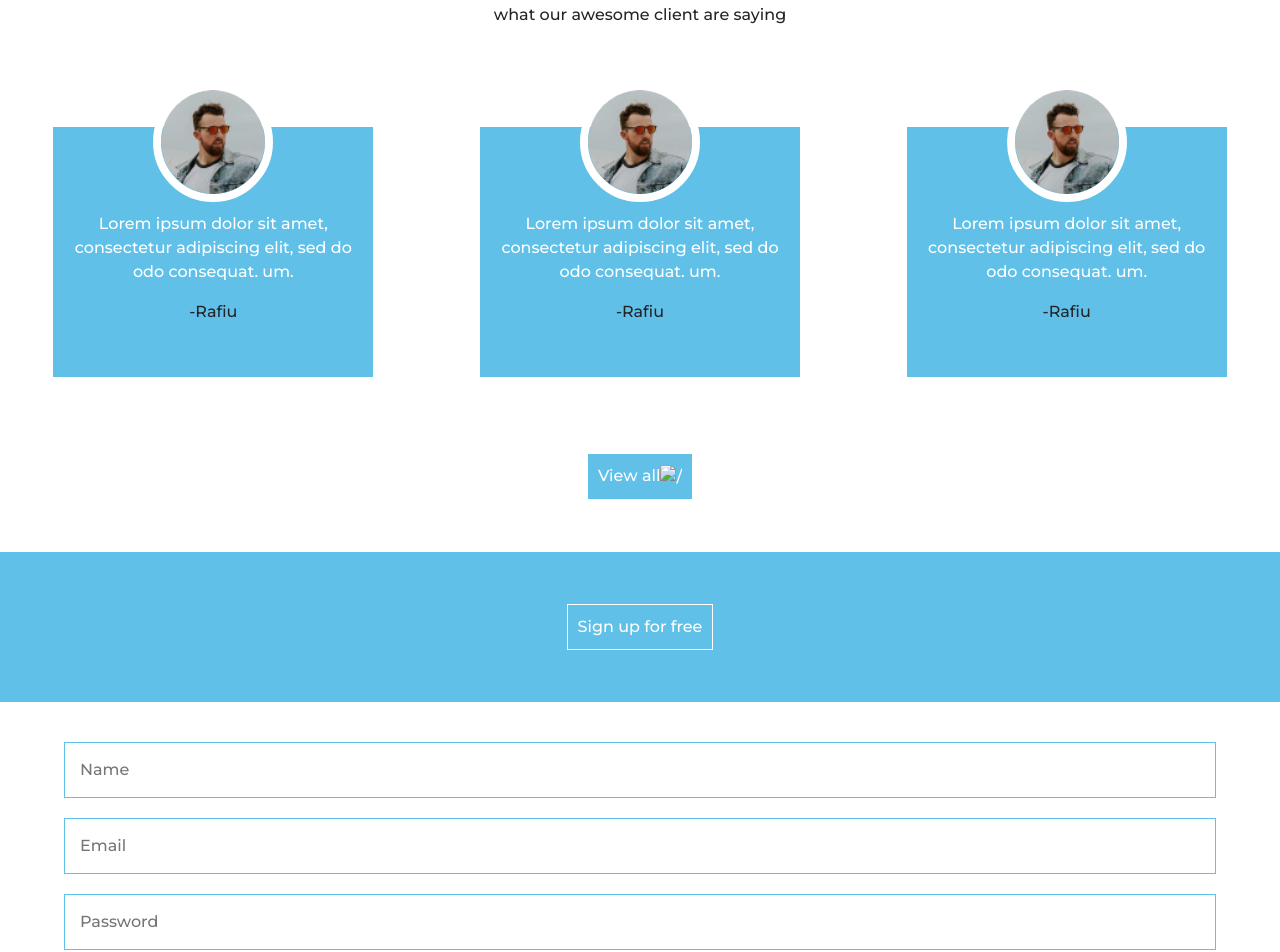
Repository: TiaraOluwanimi/team5
Page: tutor.html
These files come from the project's save history. The page is drawn as it stood at one moment and after the next save; the edit follows.
The browser window is 1280 px wide. The pictures show the part of the page from y = 1936 to 2888 px (the page is 3256 px tall).
A picture or video elsewhere on the page could not be fetched, so the positions and the page height are approximate. Some web libraries are served in a nearby version.

Above is the page before, as saved 2020-08-08 12:07:31.

### tutor.html
<!DOCTYPE html>
<html lang="zxx">
  <head>
    <meta charset="UTF-8" />
    <meta name="viewport" content="width=device-width, initial-scale=1.0" />
    <title>Online Tutoring</title>
    <!-- Custom Css -->
    <link rel="stylesheet" href="./assets/css/header-footer.css" />
    <link rel="stylesheet" href="./assets/css/tutor.css" />
    <link rel="stylesheet" href="./assets/css/testimonial.css" />
    <!-- Favicon -->

    <!---------------------- CDNs----------------- -->
    <!-- Bootstrap CSS CDN -->
    <link
      rel="stylesheet"
      href="https://maxcdn.bootstrapcdn.com/bootstrap/4.0.0/css/bootstrap.min.css"
      integrity="sha384-Gn5384xqQ1aoWXA+058RXPxPg6fy4IWvTNh0E263XmFcJlSAwiGgFAW/dAiS6JXm"
      crossorigin="anonymous"
    />
    <!-- fontawesome CDN -->
    <!-- Google Font -->
    <link href="https://fonts.googleapis.com/css2?family=Montserrat:wght@500;600&display=swap" rel="stylesheet">
    <!-- Font Awesome -->
    <script src="https://kit.fontawesome.com/0f19ba4771.js" crossorigin="anonymous"></script>

</head>

<body>
    <!-- Welcome to this online tutoring website. 😊 -->
    <!--  Header  -->
    <nav class="nav1">
      <a href="#"><img src="./assets/img/logo.png" alt="" /></a>
      <div class="nav1div1">
        <img
          class="searchicon"
          onclick="displaySearchBar()"
          src="./assets/img/search.png"
          alt=""
        />
        <button class="nav1butt1">Log in</button>
        <button class="nav1butt2">Join for free</button>
      </div>
      <div class="nav1div2 display">
        <input
          class="searchbar"
          type="text"
          placeholder="Enter Text here"

        />
      </div>
    </nav>

    <!-- Landing Page -->
    <div class="div1">
        <img class="div1img1" src="./assets/img/hero-img.png" alt="">
        <div class="div1div1">
            <i class="fas fa-play-circle fa-2x div1img2"></i>
            &nbsp;&nbsp;&nbsp;
            <h3 class="div1hh1">TAKE A TOUR</h3>
        </div>
    </div>

    <div class="div2">
        <h1 class="div2hh1">
            LEARN ALL YOU WANT, AT YOUR OWN
            <span class="div2hh2">PACE.</span>
        </h1>
        <h4 class="div2hh3">
            Lorem ipsum dolor sit amet, consectetur
            adipiscing elit, sed do eiusmod tempor
            incididunt ut labore et dolore magna
            aliqua. Ut enim ad minim veniam, quis
            nostrud exercitation ullamco laboris nisi
            ut aliquip ex ea commodo consequat.
        </h4>
        <div class="div2div1">
            <button class="div2butt1">Get Started</button>
        </div>
    </div>
    <!-- join us section -->
    <section id="join-us" class="py-5" style="position: relative;">
        <div style="position: absolute; right: 0px; top:-10px;">
          <img src="./assets/img/Ellipse13.png" alt="" class="img-fluid" >
        </div>
        <div class="container">
          <div class="row">
            <div class="col-12 mx-auto text-center">
              <h4 class="mx-auto sec-head">
                <span><strong>Join Us</strong></span>
              </h4>
              <p>
                Join us for free classes taught by experts. And explore hundreds
                of free online classes.
              </p>
            </div>
            <div class="row py-3">
                <div class="col-md-4 text-center my-3">
                  <div class="box-shadow py-3">
                    <img
                      src="./assets/img/course.png"
                      alt=""
                      class="join-img img-fluid rounded-circle w-50"
                    />
                    <h4 class="my-5"><strong>Choose a Course</strong></h4>
                  </div>
                </div>
                <div class="col-md-4 text-center my-3">
                  <div class="box-shadow py-3">
                    <img
                      src="./assets/img/skillset.png"
                      alt=""
                      class="join-img img-fluid rounded-circle w-50"
                    />
                    <h4 class="my-5"><strong>Grow your skillset</strong></h4>
                  </div>
                </div>
                <div class="col-md-4 text-center my-3">
                  <div class="box-shadow py-3">
                    <img
                      src="./assets/img/mentorship.png"
                      alt=""
                      class="join-img img-fluid rounded-circle w-50"
                    />
                    <h4 class="my-5"><strong>Meet a mentor</strong></h4>
                  </div>
                </div>
                <button
                  class="btn btn-lg btn-outline-primary py-3 px-5 rounded-0 mx-auto"
                >
                  View All
                </button>
              </div>
            </div>
        </div>
          </section>

    <!-- service section -->
    <section id="services" class="py-5" style="position: relative;">
      <div style="position: absolute; left: 0px; top: -30px;">
        <img src="./assets/img/Ellipse10.png" alt="" />
      </div>
      <div
        style="position: absolute; right: 0px; top: 30%; transform: scale(-1);"
      >
        <img src="./assets/img/Ellipse10.png" alt="" />
      </div>
      <div class="container">
        <div class="row">
          <div class="col-12 mx-auto text-center">
            <h4 class="mx-auto sec-head">
              <span><strong>Services</strong></span>
            </h4>
            <p>
              Helping over 5,000 students reach their ultimate goals with our
              special packages.
            </p>
          </div>
        </div>
        <div class="row p-3">
          <div class="col-md-4 text-center py-3">
            <h4><strong>Get help, FAST</strong></h4>
            <img
              src="./assets/img/hourglass1.png"
              alt=""
              class="img-fluid w-25 my-3"
            />
            <p class="my-3" style="font-size: 14px;">
              Lorem ipsum dolor sit amet, consectetur adipiscing elit, sed do
              eiusmod tempor incididunt ut labore et dolore magna aliqua. Ut
              enim ad minim veniam, quis nostrud exercitation ullamco laboris
              nisi ut aliquip ex ea commodo consequat. um.
            </p>
            <h6 class="border py-3 px-1 mx-3 border-primary">
              Learn More <i></i>
            </h6>
          </div>
          <div class="col-md-4 text-center py-3">
            <h4><strong>Personalised tutoring</strong></h4>
            <img
              src="./assets/img/teacher1.png"
              alt=""
              class="img-fluid w-25 my-3"
            />
            <p class="my-3" style="font-size: 14px;">
              Lorem ipsum dolor sit amet, consectetur adipiscing elit, sed do
              eiusmod tempor incididunt ut labore et dolore magna aliqua. Ut
              enim ad minim veniam, quis nostrud exercitation ullamco laboris
              nisi ut aliquip ex ea commodo consequat. um.
            </p>
            <h6 class="border py-3 px-1 mx-3 border-primary">
              Learn More <i></i>
            </h6>
          </div>
          <div class="col-md-4 text-center py-3">
            <h4><strong>80+ Courses</strong></h4>
            <img
              src="./assets/img/test1.png"
              alt=""
              class="img-fluid w-25 my-3"
            />
            <p class="my-3" style="font-size: 14px;">
              Lorem ipsum dolor sit amet, consectetur adipiscing elit, sed do
              eiusmod tempor incididunt ut labore et dolore magna aliqua. Ut
              enim ad minim veniam, quis nostrud exercitation ullamco laboris
              nisi ut aliquip ex ea commodo consequat. um.
            </p>
            <h6 class="border py-3 px-1 mx-3 mx-lg-1 border-primary">
              Learn More <i></i>
            </h6>
          </div>
        </div>
      </div>
    </section>
    <!-- Testimonial section -->
    <section>
      <div>
        <div class="testimonial-heading">
          <div>
            <h4 class="mx-auto sec-head">
              <span><strong>Testimonials</strong></span>
            </h4>
          </div>
          <p>what our awesome client are saying</p>
        </div>
        <div  id="testimonial-details">
          <div class="testimonial-card col-3">
            <img src="./assets/img/Ellipse7.png" alt="">
            <div class="testimonial-statement">
              <p>Lorem ipsum dolor sit amet, consectetur adipiscing elit, sed do odo consequat. um.</p>
            </div>
            <p>-Rafiu</p>
          </div>
          <div class="testimonial-card col-3">
            <img src="./assets/img/Ellipse7.png" alt="">
            <div class="testimonial-statement">
              <p>Lorem ipsum dolor sit amet, consectetur adipiscing elit, sed do odo consequat. um.</p>
            </div>
            <p>-Rafiu</p>
          </div>
          <div class="testimonial-card col-3">
            <img src="./assets/img/Ellipse7.png" alt="">
            <div class="testimonial-statement">
              <p>Lorem ipsum dolor sit amet, consectetur adipiscing elit, sed do odo consequat. um.</p>
            </div>
            <p>-Rafiu</p>
          </div>

        </div>
        <div id="view-all-button">

          <button>View all<img src="" alt=/></button>
        </div>

        <div id="sign-button">

          <button>Sign up for free</button>
        </div>
        <div class="testimonial-container">
          <form >
            <input type="text" placeholder="Name">
            <input type="email" placeholder="Email">
            <input type="password" placeholder="Password">
            <button>Get Started</button>
          </form>
        </div>
      </div>
    </section>
    <!--  Footer  -->
    <footer class="footer1">
      <div class="footer1div1">
        <img class="footer1img1" src="./assets/img/logo.png" alt="" />
        <h5 class="footer1hh1">Learn</h5>
      </div>

      <div class="footer1div2">
        <div class="footer1div3">
          <h4 class="footer1hh2">Learn</h4>
          <a href="" class="footer1link1"
            ><h5 class="footer1hh3">courses</h5></a
          >
          <a href="" class="footer1link1"
            ><h5 class="footer1hh3">Early Access courses</h5></a
          >
          <a href="" class="footer1link1"
            ><h5 class="footer1hh3">Edpresso</h5></a
          >
          <a href="" class="footer1link1"
            ><h5 class="footer1hh3">Subscriptions</h5></a
          >
        </div>
        <div class="footer1div4">
          <h4 class="footer1hh2">Scholarship</h4>
          <a href="" class="footer1link1"
            ><h5 class="footer1hh3">for students</h5></a
          >
          <a href="" class="footer1link1"
            ><h5 class="footer1hh3">for educators</h5></a
          >
          <a href="" class="footer1link1"
            ><h5 class="footer1hh3">COVID scholarship</h5></a
          >
        </div>
        <div class="footer1div5">
          <h4 class="footer1hh2">Conribute</h4>
          <a href="" class="footer1link1"
            ><h5 class="footer1hh3">Become an author</h5></a
          >
          <a href="" class="footer1link1"
            ><h5 class="footer1hh3">published author</h5></a
          >
          <a href="" class="footer1link1"
            ><h5 class="footer1hh3">Become an affiliate</h5></a
          >
        </div>
      </div>

      <div class="footer1div6">
        <h4 class="footer1hh2 redd">Socials</h4>
        <a href="#"><img src="./assets/img/whatsapp.png" alt="" /></a>
        <a href="#"><img src="./assets/img/instagram.png" alt="" /></a>
      </div>

      <h4 class="footer1hh4">
        copyright 2020 Learn, inc. All rights reserved
      </h4>
    </footer>

    <!---------------------- CDNs----------------- -->
    <!-- jQuery CDN -->
    <script
      src="https://code.jquery.com/jquery-3.2.1.slim.min.js"
      integrity="sha384-KJ3o2DKtIkvYIK3UENzmM7KCkRr/rE9/Qpg6aAZGJwFDMVNA/GpGFF93hXpG5KkN"
      crossorigin="anonymous"
    ></script>
    <!-- ajax CDN -->
    <script
      src="https://cdnjs.cloudflare.com/ajax/libs/popper.js/1.12.9/umd/popper.min.js"
      integrity="sha384-ApNbgh9B+Y1QKtv3Rn7W3mgPxhU9K/ScQsAP7hUibX39j7fakFPskvXusvfa0b4Q"
      crossorigin="anonymous"
    ></script>
    <!-- BootstrapJS CDN -->
    <script
      src="https://maxcdn.bootstrapcdn.com/bootstrap/4.0.0/js/bootstrap.min.js"
      integrity="sha384-JZR6Spejh4U02d8jOt6vLEHfe/JQGiRRSQQxSfFWpi1MquVdAyjUar5+76PVCmYl"
      crossorigin="anonymous"
    ></script>
    <!-- Custom Javascript Links -->
    <script src="./assets/js/tutor.js"></script>
  </body>
</html>

### assets/css/header-footer.css

/*  Header Navbar */
body{
  margin: 0;
}
.nav1{
   margin: 10px;
}
.nav1div1{
    display: inline;
    float: right;
}
.nav1butt1{
    color: #212121;
    border-color: #212121;
    border-width: 1px;
    background-color: #FFFFFF;
    padding: 7px 7px;
    font-family: 'Montserrat', sans-serif;
    font-weight: 500;
    outline: none;
    margin-left: 35px;
}
.nav1butt2{
    color: #FFFFFF;
    border-color: #60C0E8;
    border: none;
    background-color: #60C0E8;
    padding: 8px 7px;
    font-family: 'Montserrat', sans-serif;
    font-weight: 500;
    outline: none;
    margin-left: 8px;
}
.nav1butt1:hover{
    background-color: #f0f0f0;
      cursor: pointer;
}
.nav1butt2:hover{
    background-color: #60adce;
    cursor: pointer;
}
.searchicon:hover{
    cursor: pointer;
}
.nav1div2{
    text-align: center;
    width: 100%;
    margin-top: 10px;
}
.searchbar{
    width: 60%;
    font-family: 'Montserrat', sans-serif;
    outline: none;
    border-radius: 10px;
    padding: 10px;
    border-width: 1px;
}
.footer1link1{
    text-decoration: none;
}
.display{
    display: none;
}



/*  Footer  */
.footer1{
    padding: 10px;
    background-color: #F5F5F5;
}
.footer1div1{
    text-align: center;
}
.footer1hh1{
    margin-top: 0px;
    font-family: 'Montserrat', sans-serif;
    color: #60C0E8;
    font-weight: 600;
}
.footer1div2{
    display: flex;
    flex-direction:row;
    justify-content: space-evenly;
}
.footer1hh2{
    font-family: 'Montserrat', sans-serif;
    color: #60C0E8;
    font-weight: 600;
}
.footer1hh3{
    font-family: 'Montserrat', sans-serif;
    color: #212121;
    font-weight: normal;
}
.footer1div6{
    text-align: center;
    margin-top: -50px;
}
.redd{
    margin-bottom: 5px;
}
.footer1hh4{
    text-align: center;
    font-family: 'Montserrat', sans-serif;
    color: #212121;
    font-style: normal;
    font-weight: 500;
}

/* Footer Media Queries */
@media only screen and (max-width: 399px) {
    .footer1div2{
        flex-direction: column;
        align-items: center;
    }
    .footer1div6{
        text-align: center;
        margin-top: -10px;
    }
}

### assets/css/tutor.css
* {
  font-family: "Montserrat", sans-serif;
}
.div1 {
  margin: 10px;
  text-align: center;
}
.div1div1 {
  width: 100%;
  display: flex;
  justify-content: center;
  background-color: #60c0e8;
  margin-top: -5px;
}
.div1img1 {
  width: 100%;
  height: 350px;
}
.div1img2 {
  padding-top: 15px;
  color: #ffffff;
}
.div1div1:hover {
  background-color: #60adce;
  cursor: pointer;
}
.div1hh1 {
  font-family: "Montserrat", sans-serif;
  font-weight: 600;
  color: #ffffff;
}

.div2 {
  margin: 10px;
}
.div2hh1 {
  font-family: "Montserrat", sans-serif;
  text-align: center;
  color: #3a3a3a;
  font-weight: bold;
}
.div2hh2 {
  color: #60c0e8;
}
.div2hh3 {
  font-family: "Montserrat", sans-serif;
  text-align: center;
  color: #000000;
  font-weight: 500;
}
.div2div1 {
  text-align: center;
}
.div2butt1 {
  background-color: #60c0e8;
  font-weight: 500;
  color: #ffffff;
  border: none;
  outline: none;
  padding: 15px 30px;
  font-size: large;
}
.div2butt1:hover {
  background-color: #60adce;
  cursor: pointer;
}

/* this handles the line in each section heading  */
.sec-head {
  width: 30%;
  text-align: center;
  border-bottom: 2px solid #000;
  line-height: 0.1em;
  margin: 10px 0 20px;
}
.sec-head span {
  background: #fff;
  padding: 0 10px;
}
/* join us images border */
.join-img {
  border: 5px solid #60c0e8 !important;
}
/* box shadow */
.box-shadow {
  box-shadow: 0px 5px 30px 0.5px #e6e6e6;
}
.box-shadow:hover {
  box-shadow: 0px 5px 30px 5px #c7c7c7;
}

@media screen and (max-width: 320px) {
  .sec-head {
    width: 70%;
  }
}

### assets/css/testimonial.css
.testimonial-heading{
    text-align:center;
    margin-bottom: 50px;;
}
.testimonial-card{
    text-align: center;
    height:250px;
    width:500px;
    padding:15px;
    position: relative;
    background-color: #60C0E8;
    margin: 50px 20px 25px;


}
.testimonial-card img{
    margin-top:-60px;

    width:120px;
    border: 8px solid white;
    border-radius: 100%;

}
.testimonial-statement{
    color:#fff;
    margin:10px 0;
}
#testimonial-details{
    display:flex;
    justify-content: space-around;
    flex-wrap:nowrap;
    overflow-x: scroll;
}
.testimonial-container{
    width:90%;
    margin:0 auto;
    overflow: hidden;
}

#sign-button{
    background: #60C0E8;
    width:100%;
    height:150px;
    display: flex;
    align-items: center;
    justify-content: center;
}
#sign-button button{
    background:#60C0E8;
    color:#fff;
    padding:10px;
    border:1px solid #fff;
    transition: ease 1s;
}
#sign-button button:hover{
    background:#fff;
    color:#60C0E8;
  ;
}
#view-all-button{

    width:100%;
    height:150px;
    display: flex;
    align-items: center;
    justify-content: center;
}
#view-all-button button{
    background:#60C0E8;
    color:#fff;
    padding:10px;
    border:1px solid #fff;
    transition: ease 1s;
}
#view-all-button button:hover{
    background:#fff;
    color:#60C0E8;
  ;
}
form{
    box-sizing: border-box;
    margin:30px 0;
}
form input{
    width:100%;
    margin:10px 0;
    padding:15px;
    border: 1px solid #60C0E8;
    box-sizing: border-box;
}

form button{
    width:200px;
    margin: 0 auto;
    background: #60C0E8;
    color:#fff;
    padding:10px;
    border:none;
}

### assets/js/tutor.js

function displaySearchBar(){
    document.querySelector(".nav1div2").classList.toggle("display");
}

After the next save:
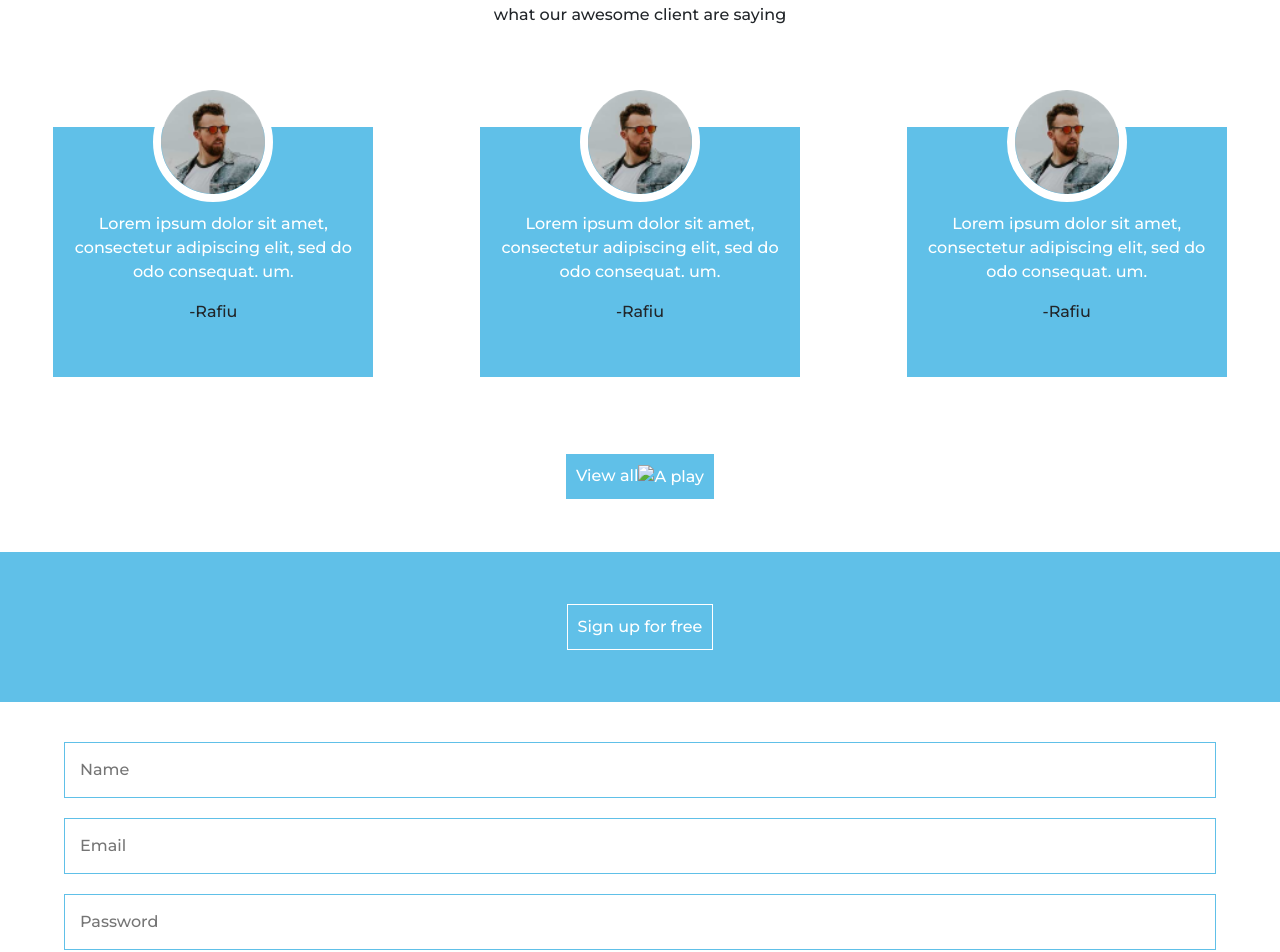
Saved 9 s later.
--- a/tutor.html
+++ b/tutor.html
@@ -249,7 +249,7 @@
         </div>
         <div id="view-all-button">
 
-          <button>View all<img src="" alt=/></button>
+          <button>View all<img src="" alt="A play "/></button>
         </div>
 
         <div id="sign-button">
